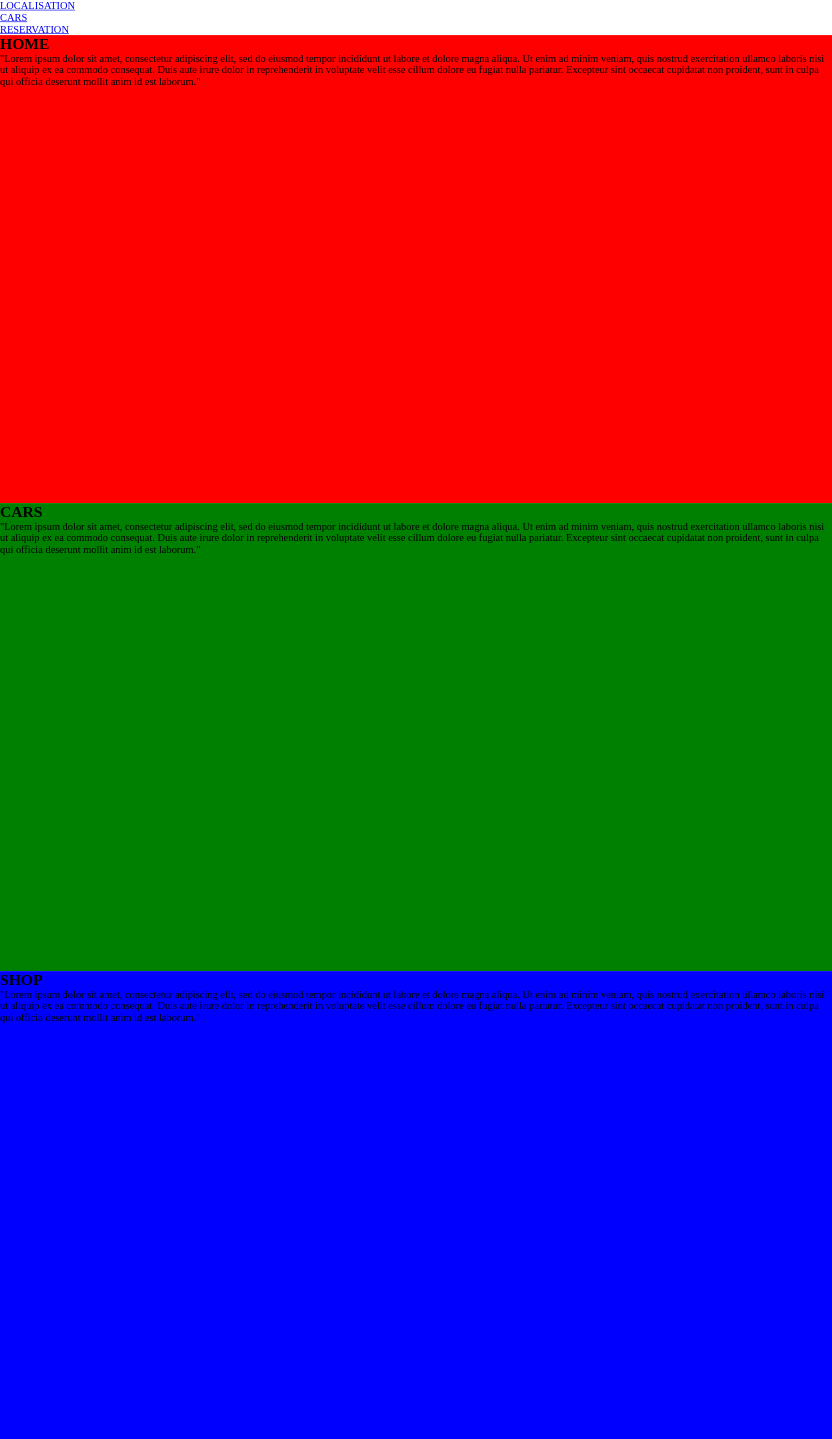
Repository: romgrm/jenaipasdevoiture
Page: src/main/java/fr/romgrm/index.html
The author's editor kept a copy of each file at every save. The page is drawn from the files as they stood at one save, then again after the next save.
The browser window is 1280 px wide. The pictures show the whole page, at 65% of full size.

Above is the page before, as saved 2020-10-15 18:28:59.

### src/main/java/fr/romgrm/index.html
<!DOCTYPE html>
<html lang="fr">
    <head>
        <title>JENAIPASDARGENT</title>
        <link rel="stylesheet" href="style.css" type="text/css"/>
    </head>
    <body>

        <div id="CONTAINER">

            <nav>
                <ul>
                    <li id="loc"><a href="#LOCALISATION">LOCALISATION</a></li>
                    <li><a href="#SELECTCAR">CARS</a></li>
                    <li><a href="#RECAPITULATE">RESERVATION</a></li>
                </ul>
            </nav>


            <Section id="LOCALISATION">
                 <h2>HOME</h2>
                 <p>"Lorem ipsum dolor sit amet, consectetur adipiscing elit, sed do eiusmod tempor incididunt ut labore et dolore magna aliqua. Ut enim ad minim veniam, quis nostrud exercitation ullamco laboris nisi ut aliquip ex ea commodo consequat. Duis aute irure dolor in reprehenderit in voluptate velit esse cillum dolore eu fugiat nulla pariatur. Excepteur sint occaecat cupidatat non proident, sunt in culpa qui officia deserunt mollit anim id est laborum."</p>
            </Section>




            <Section id="SELECTCAR">
                <h2>CARS</h2>
                <p>"Lorem ipsum dolor sit amet, consectetur adipiscing elit, sed do eiusmod tempor incididunt ut labore et dolore magna aliqua. Ut enim ad minim veniam, quis nostrud exercitation ullamco laboris nisi ut aliquip ex ea commodo consequat. Duis aute irure dolor in reprehenderit in voluptate velit esse cillum dolore eu fugiat nulla pariatur. Excepteur sint occaecat cupidatat non proident, sunt in culpa qui officia deserunt mollit anim id est laborum."</p>
            </Section>




            <Section id="RECAPITULATE">
                <h2>SHOP</h2>
                <p>"Lorem ipsum dolor sit amet, consectetur adipiscing elit, sed do eiusmod tempor incididunt ut labore et dolore magna aliqua. Ut enim ad minim veniam, quis nostrud exercitation ullamco laboris nisi ut aliquip ex ea commodo consequat. Duis aute irure dolor in reprehenderit in voluptate velit esse cillum dolore eu fugiat nulla pariatur. Excepteur sint occaecat cupidatat non proident, sunt in culpa qui officia deserunt mollit anim id est laborum."</p>
            </Section>



        </div>

### src/main/java/fr/romgrm/style.css
*{
    margin: 0;
    padding: 0;
}

body{

}

#navBar{
    background-color: purple;
    position: fixed;
    top: 0;
    z-index: 1;
    display: flex;
    width: 100%;
    height: 50px;
    font-family: 'Courier New', Courier, monospace;

}

.navbar ul{
    display: flex;
    list-style-type: none;
    width: 100%;
    justify-content: center;
    align-items: center;
    gap: 10px;
}

.navbar ul li{
    margin: 0 1rem;
    padding: 1rem;
}

.navbar ul li a{
    text-decoration: none;
    background-color: yellow;
}

.navbar ul li a:hover{
    zoom: 1.1;

    transition: ease;
}

#CONTAINER{
    height: 100%;
    width: 100%;

    scroll-behavior: smooth;
}


Section{
    display: flex;
    flex-direction: column;
    width: 100%;
    height: 100vh; /* vh = Viewport Height : permet de dimensioner par rapport à la taille de l'écran*/

}
#LOCALISATION{
    background-color: red;
    margin: 0;
    padding: 0;
}

#SELECTCAR{
    background-color: green;
}

#RECAPITULATE{
    background-color: blue;
}

After the next save:
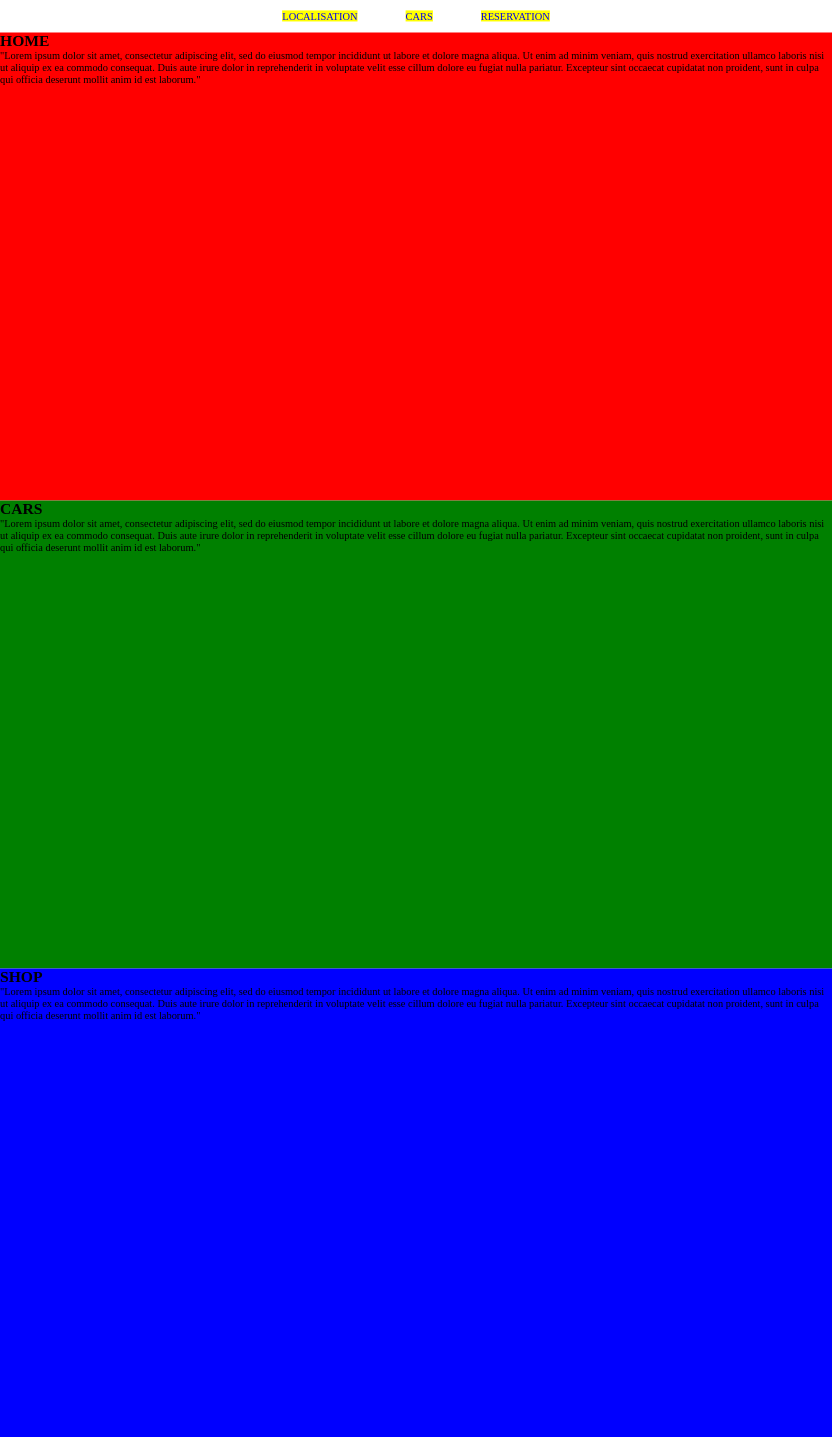
Saved 30 s later.
--- a/src/main/java/fr/romgrm/index.html
+++ b/src/main/java/fr/romgrm/index.html
@@ -8,7 +8,7 @@
 
         <div id="CONTAINER">
 
-            <nav>
+            <nav class="navbar">
                 <ul>
                     <li id="loc"><a href="#LOCALISATION">LOCALISATION</a></li>
                     <li><a href="#SELECTCAR">CARS</a></li>
